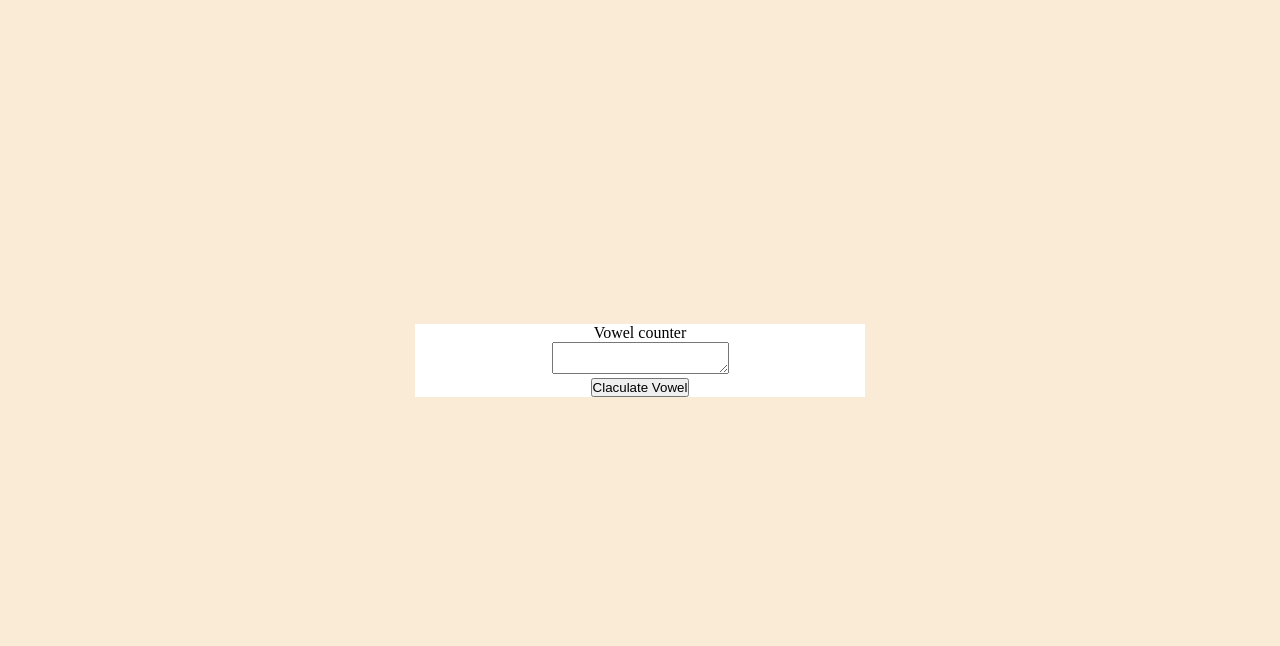
Repository: JunaidAnsari202/Vowel-counter
Page: index.html
The author's editor kept a copy of each file at every save. The page is drawn from the files as they stood at one save, then again after a run of saves.
The browser window is 1280 px wide. The pictures show the whole page.

Above is the page before, as saved 2024-10-17 11:37:24.

After the next 9 saves:
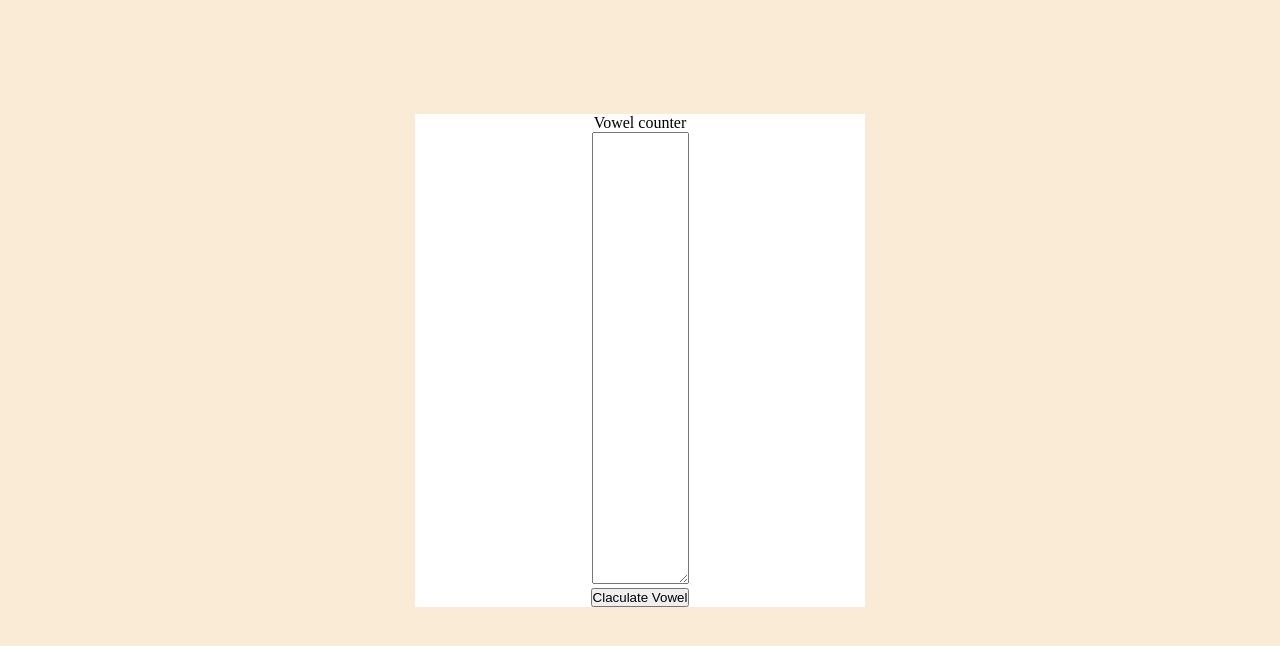
The 9 saves are shown as one change because they came seconds apart.
The last was saved 14 s later.
--- a/index.html
+++ b/index.html
@@ -10,7 +10,7 @@
     <div class="container">
         <div class="header">Vowel counter</div>
         <div class="textarea">
-            <textarea name="vowelinput" id="textarea" r></textarea>
+            <textarea name="vowelinput" id="textarea" rows="30" cols="10"></textarea>
         </div>
         <div class="count">
             <button id="count">Claculate Vowel</button>
